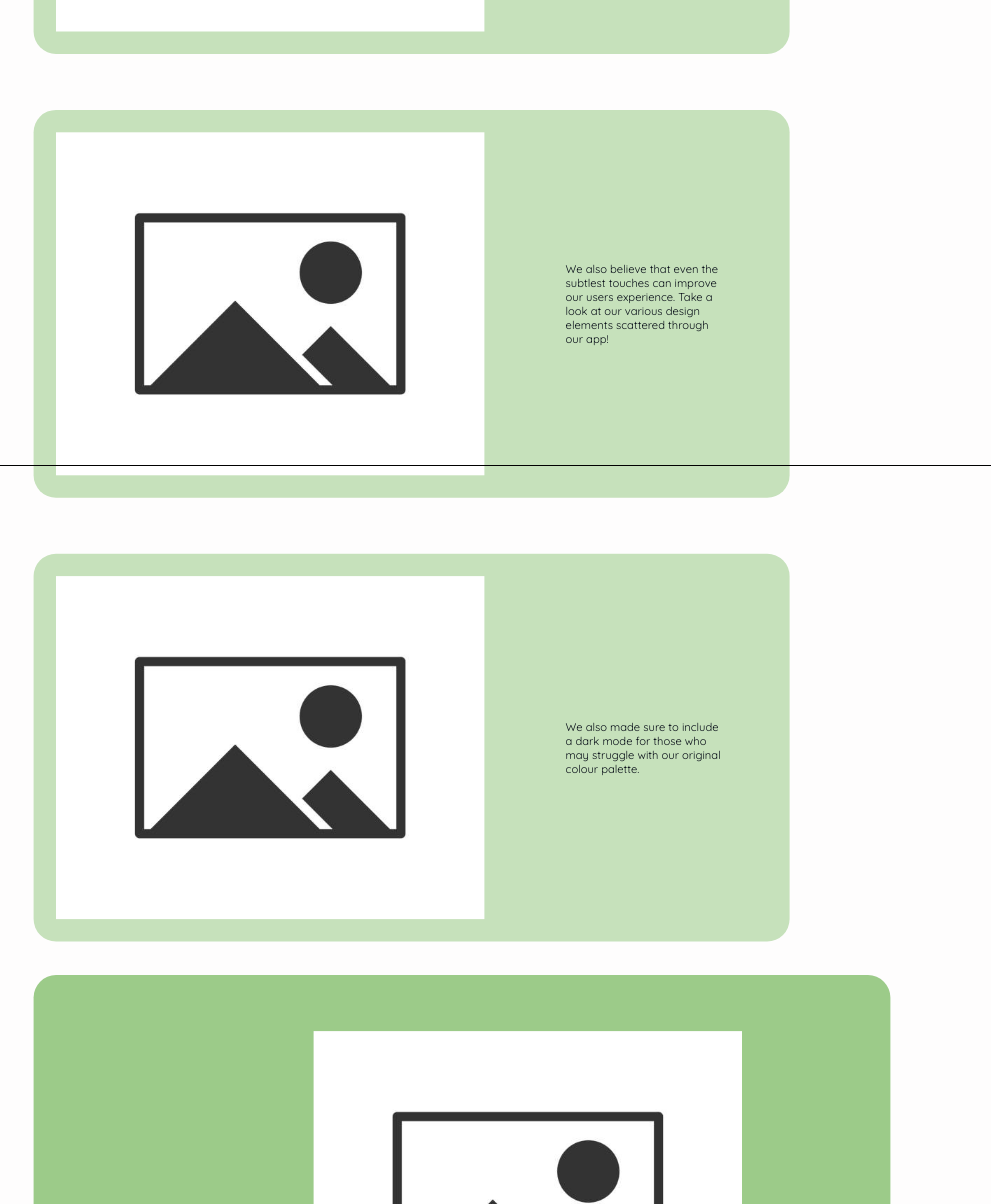
Repository: AlyssaHug/MoolahMate-A5Styleguide
Page: logos.html
These files come from the project's save history. The page is drawn as it stood at one moment and after a run of saves; the edit follows.
The browser window is 1280 px wide. The page is 1416 px wide, so the pictures cover 1416 px, including what lies to the right of the window. The pictures show the part of the page from y = 4780 to 6500 px (the page is 7781 px tall before and 7717 px after), at 70% of full size.

Above is the page before, as saved 2025-03-31 12:48:58.

### logos.html
<!DOCTYPE html>
<html lang="en">
<head>
    <meta charset="UTF-8">
    <meta name="viewport" content="width=device-width, initial-scale=1.0">
    <title>CashFlow - App StyleGuide</title>
    <link rel="stylesheet" href="styles.css">
    <link rel="stylesheet" href="Logo-styles.css">
    <link rel="preconnect" href="https://fonts.googleapis.com">
<link rel="preconnect" href="https://fonts.gstatic.com" crossorigin>
<link href="https://fonts.googleapis.com/css2?family=Libre+Franklin:ital,wght@0,100..900;1,100..900&family=Quicksand:wght@300..700&display=swap" rel="stylesheet">
<header class="nav">
    <ul class="navbar">
        <li class="navbar__item"><a href="home.html">Home</a></li>
        <li class="navbar__item active"><a href="logos.html">Logos</a></li>
        <li class="navbar__item"><a href="colors.html">Colors</a></li>
        <li class="navbar__item"><a href="typography.html">Typography and Components</a></li>
        <li class="navbar__item"><a href="references.html">References</a></li>
    </ul>
</header>
</head>
<body class="page-content">
    <h1 class="page__title">Our Logos </h1>
<div class = "rationale">
    <div class="rationale__why">
        <h2 class="rationale__title">Why our logo?</h2>
        <p class="rational__why-1">
            We chose a cow logo to help represent both our name and to help foster and create a welcoming environment for users </p>
        <p class="rational__why-2">
            Cows are also a symbol of prosperity and abundance, which is something we also wish for users to experience and achieve!
        </p>
        <p class="rational__why-3">
            MooMoo is a friend to all! Lazy yet playful, this hungry little fellow loves accompanying you and helping with all your financial needs!
        </p>
    </div>
    <img class="title__image" src="images/mistermoomoonotext.svg" alt="">
</div>
<div class="logos">
    <h2 class="logo__title">Our logos:</h2>
    <div class="logo__drawings">
        <ul class="logo__drawings-list">
            <li class="logo-1">
                <p class="logo-text">Full Colour Logo</p>
                <img class="moomoo-1" src="images/placeholder.jpg" alt="">
            </li>
            <li class="logo-2">
                <p class="logo-text">Black and White</p>
                <img class="moomoo-2" src="images/placeholder.jpg" alt="">
            </li>
            <li class="logo-3">
                <p class="logo-text">Greyscale</p>
                <img class="moomoo-3" src="images/placeholder.jpg" alt="">
            </li>
            <li class="logo-4">
                <p class="logo-text">Monochromatic</p>
                <img class="moomoo-4" src="images/placeholder.jpg" alt="">
            </li>
            <li class="logo-5">
                <p class="logo-text">Horizontal Version</p>
                <img class="moomoo-5" src="images/placeholder.jpg" alt="">
            </li>
            <li class="logo-6">
                <p class="logo-text">Stacked/Vertical Version</p>
                <img class="moomoo-6" src="images/placeholder.jpg" alt="">
            </li>
        </ul>
    </div>
</div>
<div class="favicon__bg">
    <h2 class="favicon__title">Favicon Variations</h2>
        <div class="favicon">
                <img class="moomoo-7" src="images/placeholder.jpg" alt="">
                <div class="moomoo-7-variation">
                    <ul class="variations">
                        <li>
                            <p class="variation__text">16 by 16 pixels</p>
                            <img class="moomoo-7-variation-1" src="images/placeholder.jpg" alt="">
                        </li>
                        <li>
                            <p class="variation__text">32 by 32 pixels</p>
                            <img class="moomoo-7-variation-2" src="images/placeholder.jpg" alt="">
                        </li>
                        <li>
                            <p class="variation__text">48 by 48 pixels</p>
                            <img class="moomoo-7-variation-3" src="images/placeholder.jpg" alt="">
                        </li>
                    </ul>
                </div>
            </li>
    </div>
</div>

    <h1 class="graphics-and-icons__title">Graphics and Icons</h1>
    <ul class="graphics-and-icons-list">
        <li class="graphics-and-icons__1">
            <img class= "graphics-and-icons__img1" src="images/placeholder.jpg">
            <p class="graphics-and-icons__text1">
                With our imagery and icons, we strived for designs that were accessible and inclusive to everyone who used our app. We wanted to use simple icons that were universally known and understood.
            </p>
        </li >
        <li class="graphics-and-icons__2">
            <img class= "graphics-and-icons__img2" src="images/placeholder.jpg">
            <p class="graphics-and-icons__text2">
                We chose Iconduck to help use create a clean and organized Navbar for our users!
            </p>
        </li>
        </ul>
        <ul class="graphics-and-icons__list2">
        <li class="graphics-and-icons__3">
            <img class= "graphics-and-icons__img3" src="images/placeholder.jpg">
            <p class="graphics-and-icons__text3">
                Here are some of the icons found in our app! We believe in both simple and playful designs that engage the user!
            </p>
        </li>
        <li class="graphics-and-icons__4">
            <img class= "graphics-and-icons__img4" src="images/placeholder.jpg">
            <p class="graphics-and-icons__text4">
                We also believe that even the subtlest touches can improve our users experience. Take a look at our various design elements scattered through our app!
            </p>
        </li>
        <li class="graphics-and-icons__5">
            <img class= "graphics-and-icons__img5" src="images/placeholder.jpg">
            <p class="graphics-and-icons__text5">
                We also made sure to include a dark mode for those who may struggle with our original colour palette.
            </p>
        </li>
    </ul>


    <ul class="graphics-and-icons_pt2">
        <li class="graphics-and-icons__6">
            <img class= "graphics-and-icons__img6" src="images/placeholder.jpg">
            <p class="graphics-and-icons__text6">
                We chose the imagery and icons in our app due to both their inclusivity and accessibility. The icons are simple and understandable for our users, after all, expenses and banking are already difficult as is. We wanted something all users would be able to navigate and use with ease to ensure security and trust in our app. We made sure our icons and image sizing were just right for everyone. We also did various tests with our colours to make sure the contrast was right for all users.
            </p>
        </li>
        <li class="graphics-and-icons__7">
            <img class= "graphics-and-icons__img7" src="images/placeholder.jpg">
            <p class="graphics-and-icons__text7">
                We chose to keep our app simple, clean, and calming to meet the needs and preferences of our users. Privacy, complexity, and a lack of accessibility are all problems many people face with expense apps, and we aimed to eliminate these issues. Our clean designs, stable colours and straightforward imagery all foster a welcoming and inclusive user experience.
            </p>
        </li>
    </ul>


</body>
</html>

### styles.css
html {
    font-family: "Quicksand", "Libre Franklin";
    color: #090F19;
    background-color: #FEFDFD;
}

.navbar{
    position: fixed;
    top: 0;
    left: 0;
    width: 105%;
    list-style-type: none;
    margin-top: -10px;
    padding: 0;
    padding-top: 10px;
    overflow: hidden;
    background-color: #ACD39D;
    box-shadow: 0 4px 4px #01430e61;
}
.navbar__item {
    float: left;
    text-align: center;
}

li a {
    display: block;
    padding: 24px 16px;
     color: #090F19;
    text-decoration: none;
    font-weight: bold;
    font-size: 20px;
}
li a:hover {
    color: #FEFDFD;
    background-color: #445063;
}
.active {
    background-color: #C6E1BB;
    color: #526F53;
}
.page-title {
font-size: 60px;
text-align: center;
}
.page-content {
    padding-top: 60px;
}
h3 {
    font-size: 32px;
    margin-bottom: -10px;
}
.page-footer {
    padding-top: 5px;
    padding-bottom: 6px;
    text-align: center;
    background-color: #F3F9F0;
    box-shadow: 0 -4px 4px #0000003b;
    width: 105%;
    margin-left: -10px;
}

### Logo-styles.css
html {
    background-color: #FEFDFD;
}


.page__title {
    text-align: center;
    font-size: 4em;
    color: #152916;
}

.rationale {
    display: flex;
    background-image: url(https://static.vecteezy.com/system/resources/previews/007/075/892/non_2x/meadow-grass-meadow-background-grassy-landscape-free-vector.jpg);
    background-position: center;
    background-repeat: no-repeat;
    background-size: cover;
    border-radius: 2em;
    align-items: center;
    justify-content: center;
    margin: 0 auto;
    gap: 20px;
    max-width: 90em;
}

.rationale__why {
flex: 1;
margin-left: 4em;
}

.rationale__title {
  font-size: 2.5em;
  text-decoration: underline;
  color: #4b5961;
}

.title__image {
    max-width: 30%;
    margin-top: 10em;
    margin-bottom: 5em;
    margin-right: 10em;
}

.rational__why-1, .rational__why-2, .rational__why-3 {
    color: #0c1421;
}


.logo__drawings-list {
    display: flex;
    flex-wrap: wrap;
    gap: 40px 20px;
    list-style: none;
    padding: 0;
    margin-left: 8em;
    margin-right: 5em;
}

.logo__drawings-list li {
    flex: 1 1 auto;
    max-width: 200px;
    text-align: center;
}

.moomoo-1, .moomoo-2, .moomoo-3, .moomoo-4, .moomoo-5, .moomoo-6 {
    max-width: 100%;
}

.logo-1, .logo-2, .logo-3, .logo-4, .logo-5, .logo-6 {
    font-size: 1.5em;
    background-color: #acd39d;
    padding: 90px;
    border-radius: 8px;
    text-align: center;
}

.logos {
    margin-left: 4em;
    margin-top: 7em;
    margin-bottom: 10em;
}


.logo__title {
    font-size: 2.5em;
    color:  #152916;
}

 .logo-text {
 margin-top: -2em;
 margin-bottom: 2em;
 color: #37502d;
}

.variations {
    display: flex;
    flex-wrap: nowrap;
    gap: 2px;
    list-style: none;
    padding: 0;
    margin: 0;
    justify-content: flex-start;
    align-items: center;
    margin-left: 12em;
}

.variations li p {
    color: #445063;
}

.favicon__title {
    font-size: 2.5em;
    color:  #152916;
    margin-left: 15em;
    margin-bottom: 0.5em;
    text-decoration: underline;
}

.variations img {
    max-width: 50%;
}

.moomoo-7 {
    margin-left: 30em;
    margin-bottom: 3em;
}

.favicon__bg {
    background-color: #dcebf4;
    padding-top: 5em;
    padding-bottom: 5em;
    border-radius: 2em;
}

.variation__text {
    margin-left: 3em;
}

.graphics-and-icons-list {
    display: grid;
    grid-template-columns: auto auto;
    list-style: none;
    gap: 3em;
}

.graphics-and-icons-list li p {
    margin-right: 3em;
    color: #48693b;
    text-align: center;
}

.graphics-and-icons-list li {
    background-color:#d9ebd1;
    padding-left: 3em;
    border-radius: 2em;
}

.graphics-and-icons__title {
    font-size: 2.5em;
    margin-left: 3em;
    margin-top: 4em;
    color:  #152916;
}

.graphics-and-icons-list li img {
    margin-top: 2em;
}

.graphics-and-icons__3, .graphics-and-icons__4, .graphics-and-icons__5{
    display: flex;
    border-radius: 2em;
    align-items: center;
    justify-content: center;
    margin: 0 auto;
    gap: 20px;
    max-width: 90em;
    margin-right: 9em;
}

.graphics-and-icons__list2 li {
    background-color:#c6e1bb;
    margin-top: 5em;
    padding-top: 2em;
    padding-bottom: 2em;
}

.graphics-and-icons__list2 li p {
    margin-right: 6em;
    margin-left: 6em;
    color: 48693b;
}

.graphics-and-icons__list2 li img {
   margin-left: 2em;
}

.graphics-and-icons_pt2 {
    list-style: none;
}

.graphics-and-icons_pt2 p {
    text-align: center;
    margin-left: 4em;
    margin-right: 4em;
    color: #37502d;
}

.graphics-and-icons_pt2 img {
    margin-left: 25em;
    max-width: 50%;
}


.graphics-and-icons__6, .graphics-and-icons__7 {
    background-color: #9ccb89;
    padding-top: 5em;
    padding-bottom: 5em;
    margin-bottom: 3em;
    margin-top: 3em;
    border-radius: 2em;
}

After the next 3 saves:
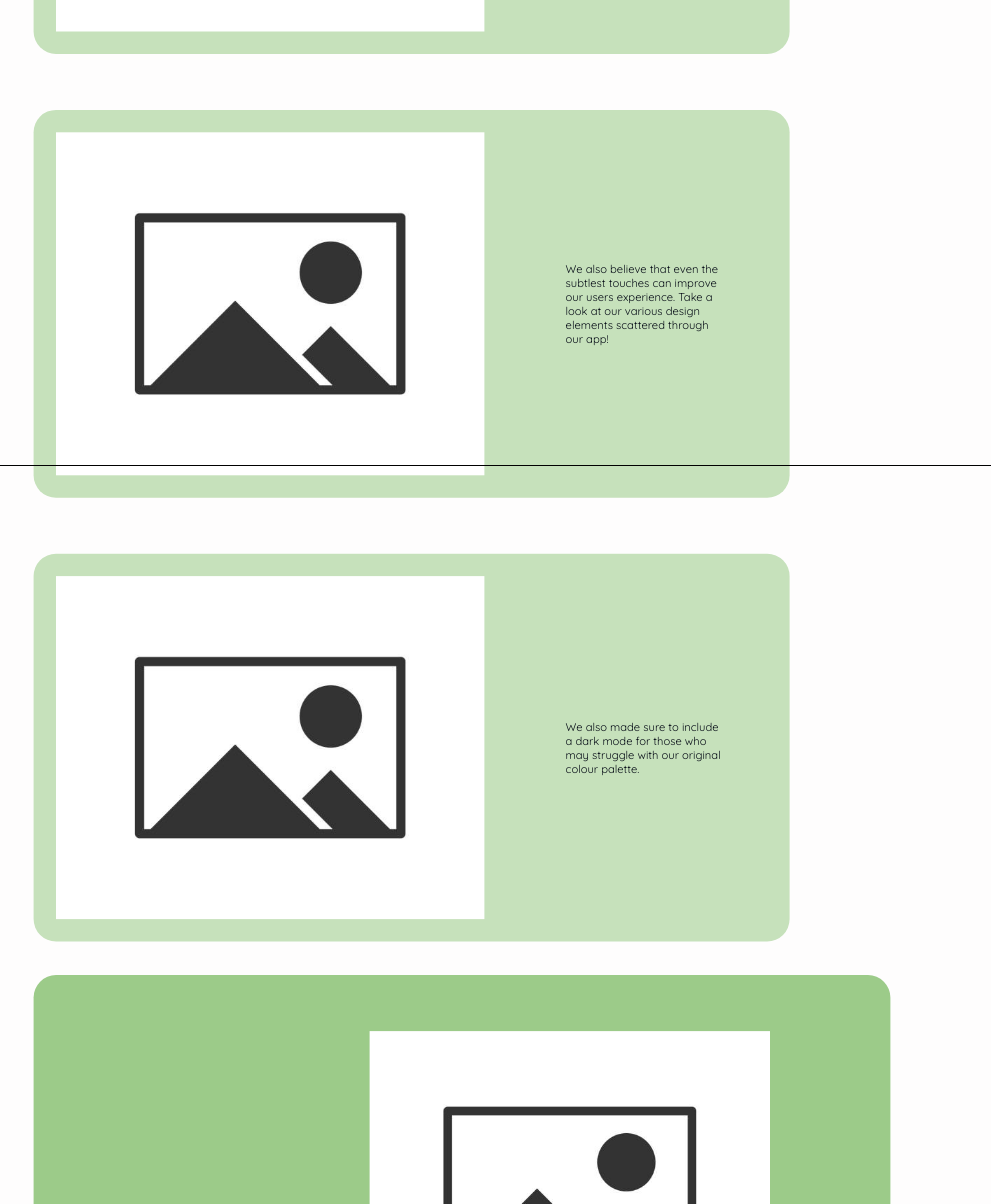
The 3 saves are shown as one change because they came seconds apart.
The last was saved 15 s later.
--- a/Logo-styles.css
+++ b/Logo-styles.css
@@ -218,4 +218,5 @@
     margin-bottom: 3em;
     margin-top: 3em;
     border-radius: 2em;
-}
+    padding-left: 5em;
+}

After the save that followed:
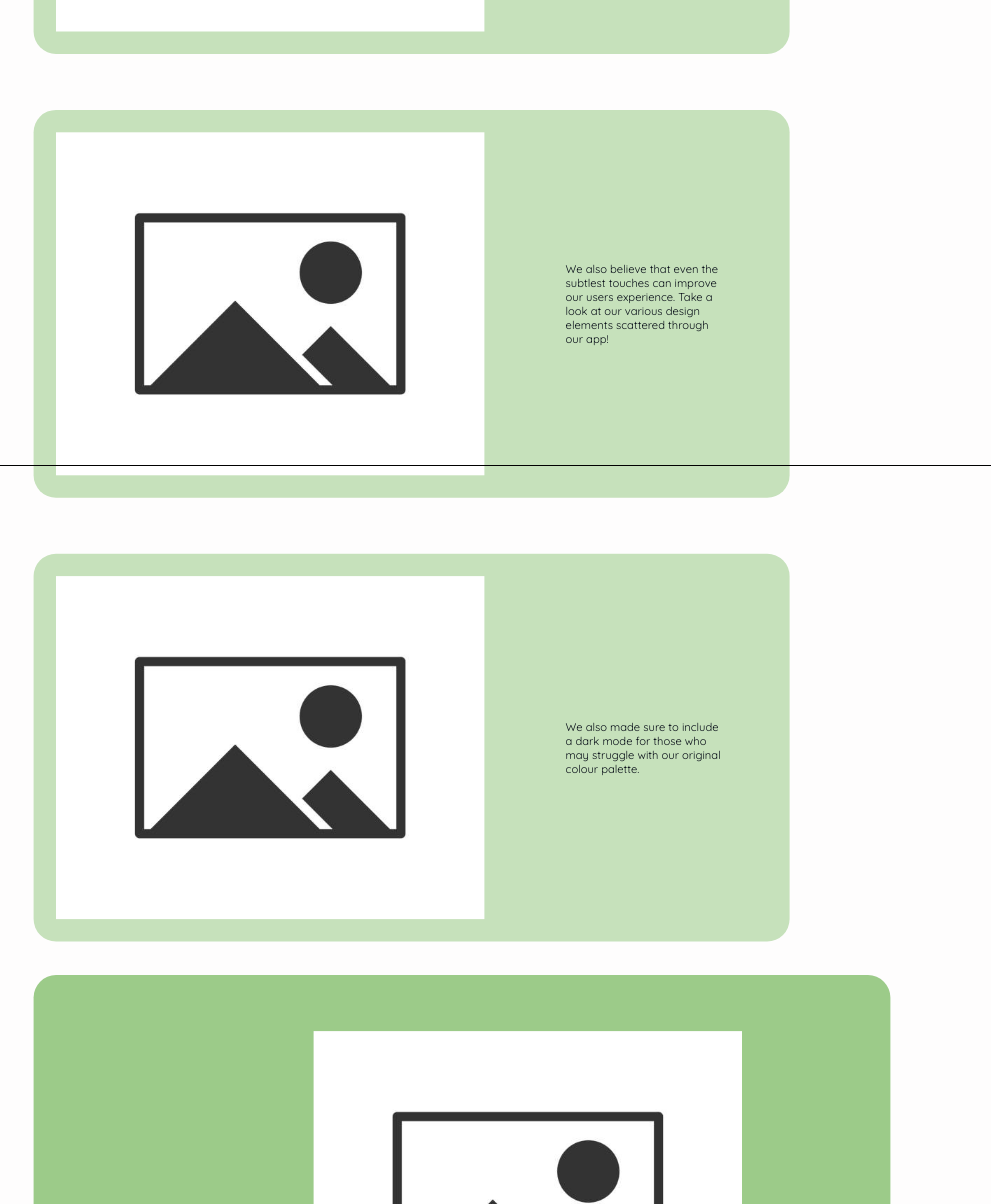
Saved 6 s later.
--- a/Logo-styles.css
+++ b/Logo-styles.css
@@ -218,5 +218,4 @@
     margin-bottom: 3em;
     margin-top: 3em;
     border-radius: 2em;
-    padding-left: 5em;
-}
+}
